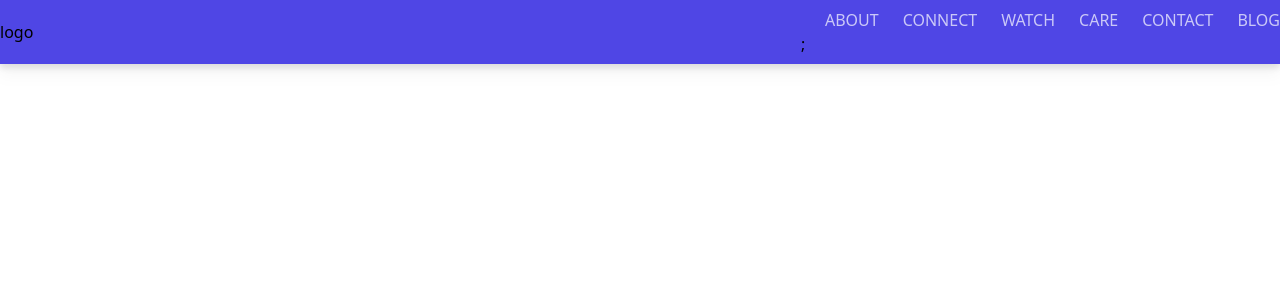
Repository: hisreal123/godschamber
Page: /
An editor plug-in stored every save of this project. The page is shown before and after the next save, followed by the edit.
The browser window is 1280 px wide. The pictures show the whole page.
The project was rebuilt for these pictures with package versions that can differ from the ones it lists, and the page was loaded fresh each time. The framework's server and built-in components were replaced by stand-ins that run in the browser. Also part of the build but not shown: next.config.js.

Above is the page before, as saved 2023-03-21 17:59:14.

After the next save:
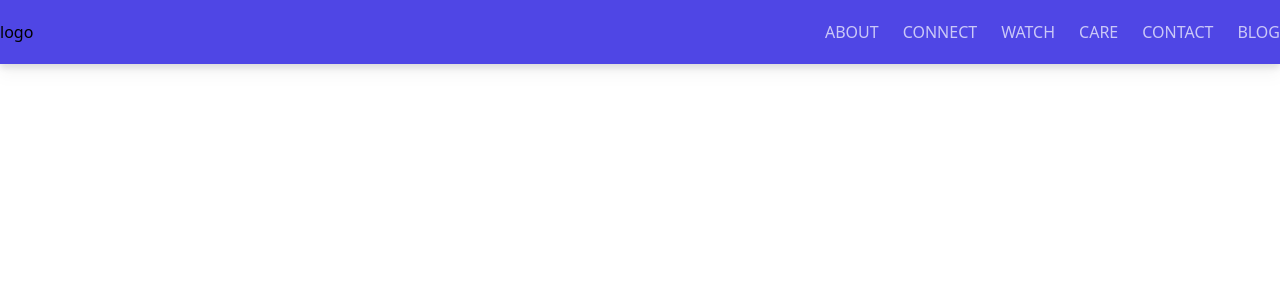
Saved 10 s later.
--- a/src/app/components/SideBarNav.tsx
+++ b/src/app/components/SideBarNav.tsx
@@ -35,6 +35,6 @@ export function SideBarNav({toggleSideBar}: SideBarNavProps) {
             <a className="text-white opacity-70 hover:opacity-100 duration-300" href="#">BLOG</a>
         </li>
 
-        </ul>;
+        </ul>
                 </div>
 }
